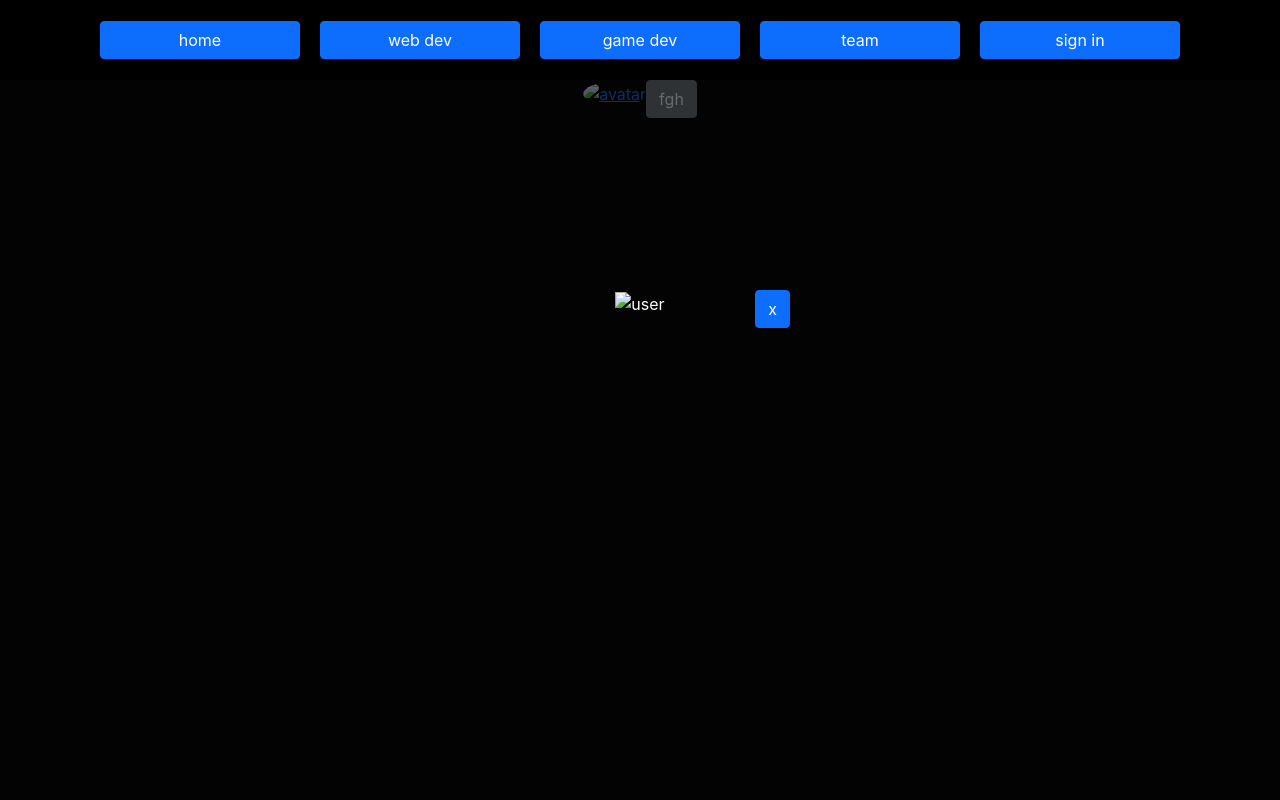
Repository: romAtam/5778
Page: /team/fgh
An editor plug-in stored every save of this project. The page is shown before and after the next save, followed by the edit.
The browser window is 1280 px wide. The pictures show the whole page.
The page's requests for data from a server got no answer. The project was rebuilt for these pictures with package versions that can differ from the ones it lists, and the page was loaded fresh each time. No one was signed in, and anything a server would have sent is missing. Also part of the build but not shown: src/Pages/Home.js, src/Pages/Game.js, src/Pages/Web.js, src/Pages/Signin.js, src/Pages/Register.js.

Above is the page before, as saved 2021-12-12 02:49:42.

### public/index.html
<!DOCTYPE html>
<html lang="en">
  <head>
    <meta charset="utf-8" />
    <link rel="icon" href="%PUBLIC_URL%/favicon.ico" />
    <meta name="viewport" content="width=device-width, initial-scale=1" />
    <meta name="theme-color" content="#000000" />
    <link href="https://cdn.jsdelivr.net/npm/bootstrap@5.0.2/dist/css/bootstrap.min.css" rel="stylesheet" integrity="sha384-EVSTQN3/azprG1Anm3QDgpJLIm9Nao0Yz1ztcQTwFspd3yD65VohhpuuCOmLASjC" crossorigin="anonymous">
    <meta
      name="description"
      content="Web site created using create-react-app"
    />
    <link rel="apple-touch-icon" href="%PUBLIC_URL%/logo192.png" />
    <!--
      manifest.json provides metadata used when your web app is installed on a
      user's mobile device or desktop. See https://developers.google.com/web/fundamentals/web-app-manifest/
    -->
    <link rel="manifest" href="%PUBLIC_URL%/manifest.json" />
    <!--
      Notice the use of %PUBLIC_URL% in the tags above.
      It will be replaced with the URL of the `public` folder during the build.
      Only files inside the `public` folder can be referenced from the HTML.

      Unlike "/favicon.ico" or "favicon.ico", "%PUBLIC_URL%/favicon.ico" will
      work correctly both with client-side routing and a non-root public URL.
      Learn how to configure a non-root public URL by running `npm run build`.
    -->
    <title>React App</title>
  </head>
  <body>
    <noscript>You need to enable JavaScript to run this app.</noscript>
    <div id="root"></div>
    <!--
      This HTML file is a template.
      If you open it directly in the browser, you will see an empty page.

      You can add webfonts, meta tags, or analytics to this file.
      The build step will place the bundled scripts into the <body> tag.

      To begin the development, run `npm start` or `yarn start`.
      To create a production bundle, use `npm run build` or `yarn build`.
    -->
  </body>
</html>

### src/index.js
import React from 'react';
import ReactDOM from 'react-dom';
import './index.css';
import App from './App';

import {BrowserRouter as Router} from "react-router-dom"
ReactDOM.render(
  <React.StrictMode>
    <Router>
       <App />
    </Router>

  </React.StrictMode>,
  document.getElementById('root')
);

### src/index.css
body {
  background-color: black;
  margin: 0;
  font-family: -apple-system, BlinkMacSystemFont, 'Segoe UI', 'Roboto', 'Oxygen',
    'Ubuntu', 'Cantarell', 'Fira Sans', 'Droid Sans', 'Helvetica Neue',
    sans-serif;
  -webkit-font-smoothing: antialiased;
  -moz-osx-font-smoothing: grayscale;
  color:white;
}

code {
  font-family: source-code-pro, Menlo, Monaco, Consolas, 'Courier New',
    monospace;
}

### src/App.js

import './App.css';
import Nav from './Nav'
import {Routes,Route,useParams} from "react-router-dom"
import Home from "./Pages/Home"
import Game from "./Pages/Game"
import Web from "./Pages/Web"
import Team from "./Pages/Team"
import Signin from "./Pages/Signin"
import User from "./Pages/User"
import Register from "./Pages/Register"
function App() {
  return (
    <div className="App">
<Nav/>
<Routes>
  <Route path="/" element={<Home/>}/>
  <Route path="/game" element={<Game/>}/>
  <Route path="/web" element={<Web/>}/>
  <Route path="/team" element={<Team/>}>
      <Route path=":id" element={<User/>}/>
  </Route>

  <Route path="/signin" element={<Signin/>}/>
  <Route path="/register" element={<Register/>}/>
</Routes>



    </div>
  );
}




export default App;

### src/Nav.js
import React from 'react'
import{Link} from "react-router-dom"
import styled from "styled-components"

const NavContainer=styled.div`
display: grid;
grid-gap:20px;
justify-content:center;
align-items:center;
height:80px;
font-size:1.5rem;
padding:1rem 2rem;
border-bottom: 1px solid #000;
grid-template-columns: repeat(5,minmax(100px,200px));
background-color:black;
@media (max-width: 768px){
    grid-template-columns: 1fr;
    /* height:100vh; */
    max-height:800px ;
}

`

const Nav = () => {



    return (
        <NavContainer>
               <Link className="btn btn-primary" to="/">home</Link>
               <Link className="btn btn-primary" to="/web">web dev</Link>
               <Link className="btn btn-primary" to="/game">game dev</Link>
               <Link className="btn btn-primary" to="/team">team</Link>
               <Link className="btn btn-primary" to="/signin">sign in</Link>
        </NavContainer>
    )
}

export default Nav

### src/Pages/Team.js
import React,{useState,useEffect} from 'react'
import styled from "styled-components";
import {Link,Outlet} from "react-router-dom"
export const TeamContainer=styled.div`
display:grid ;
grid-gap:20px ;
grid-template-columns:repeat(auto-fit,minmax(200px,1fr)) ;
justify-content:center ;
align-items:center ;
background-color:black;
color: white ;
@media(max-width:780px){
    margin-top:400px;
}
`
const UserPlace=styled.div`
width: 300px;
height: 300px;
background-color:black;
color: white;
`
const Team = () => {
    const[team,setTeam]=useState([{login:"fgh"}]);

    useEffect(() =>{
       const fetchTeam=async()=>{
    const teamJson=await fetch("https://api.github.com/users");
    const data=await teamJson.json()

    setTeam(data)
        console.log(data);
}
fetchTeam()

    }

    ,[])

    return (
        <>





         <TeamContainer>
          <Outlet />
           {team.map(user=>(
               <Link to={`${user.login}`}>
                       <div key={user.login}>
                   <img style={{borderRadius:"100%",marginBottom:"18px"}} width='200' src={user.avatar_url} alt="avatar" />
                   <h2 className="btn btn-secondary">{user.login}</h2>
               </div>
               </Link>

           ))}
        </TeamContainer>
        </>

    )
}

export default Team

### src/Pages/User.js
import React,{useState,useEffect} from 'react'
import {useParams} from "react-router-dom"
import styled from "styled-components"
import {Link} from "react-router-dom"
const Userdiv=styled.div`
position:absolute;
top:80px;
left:0;
right:0;
bottom:0;
width:100vw;
height:100vh;
background-color:rgba(5,5,5,0.6);
z-index:10;
display:grid;
justify-content:center;
align-items:center;
color:white;

`
const Linkr=styled(Link)`
position:absolute;
top:0;
right:0;
`
const User = () => {
    const[user,setUser]=useState({})
    const {id}=useParams()
    useEffect(() =>{
        const fetchTeam=async()=>{
     const teamJson=await fetch(`https://api.github.com/users/${id}`);
     const data=await teamJson.json()

     setUser(data)
         console.log(data);
 }
 fetchTeam()

     }

     ,[id])

    return (
        <Userdiv>
            <div style={{width:"300px", height:"300px",position:"relative"}}>
                <Linkr className="btn btn-primary" to="/team">x</Linkr>
                <img width="100%" src={user.avatar_url} alt="user" />
<div>
      <p>{user.name}</p>
            <p>{user.location}</p>
            <p>{user.blog}</p>
</div>

            </div>




        </Userdiv>
    )
}

export default User

Loaded but not shown: src/App.css (common file)

After the next save:
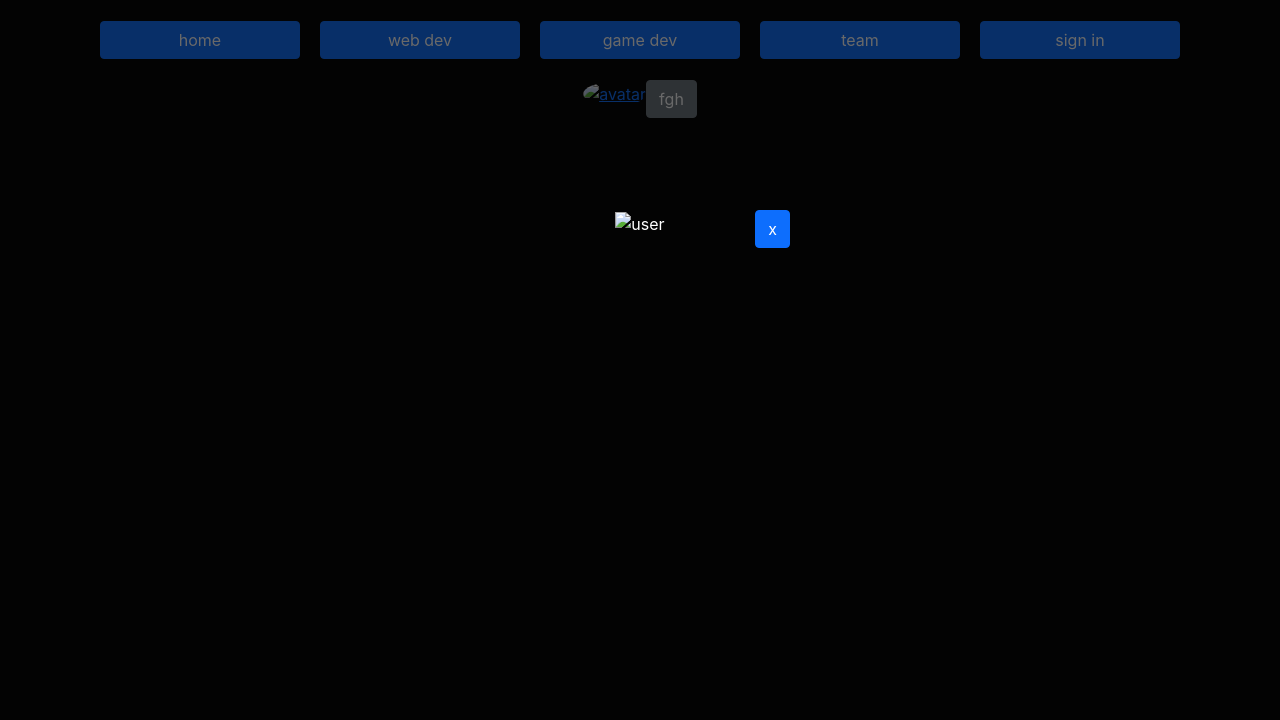
Saved 101 s later.
--- a/src/Pages/User.js
+++ b/src/Pages/User.js
@@ -4,7 +4,7 @@ import styled from "styled-components"
 import {Link} from "react-router-dom"
 const Userdiv=styled.div`
 position:absolute;
-top:80px;
+top:0;
 left:0;
 right:0;
 bottom:0;
